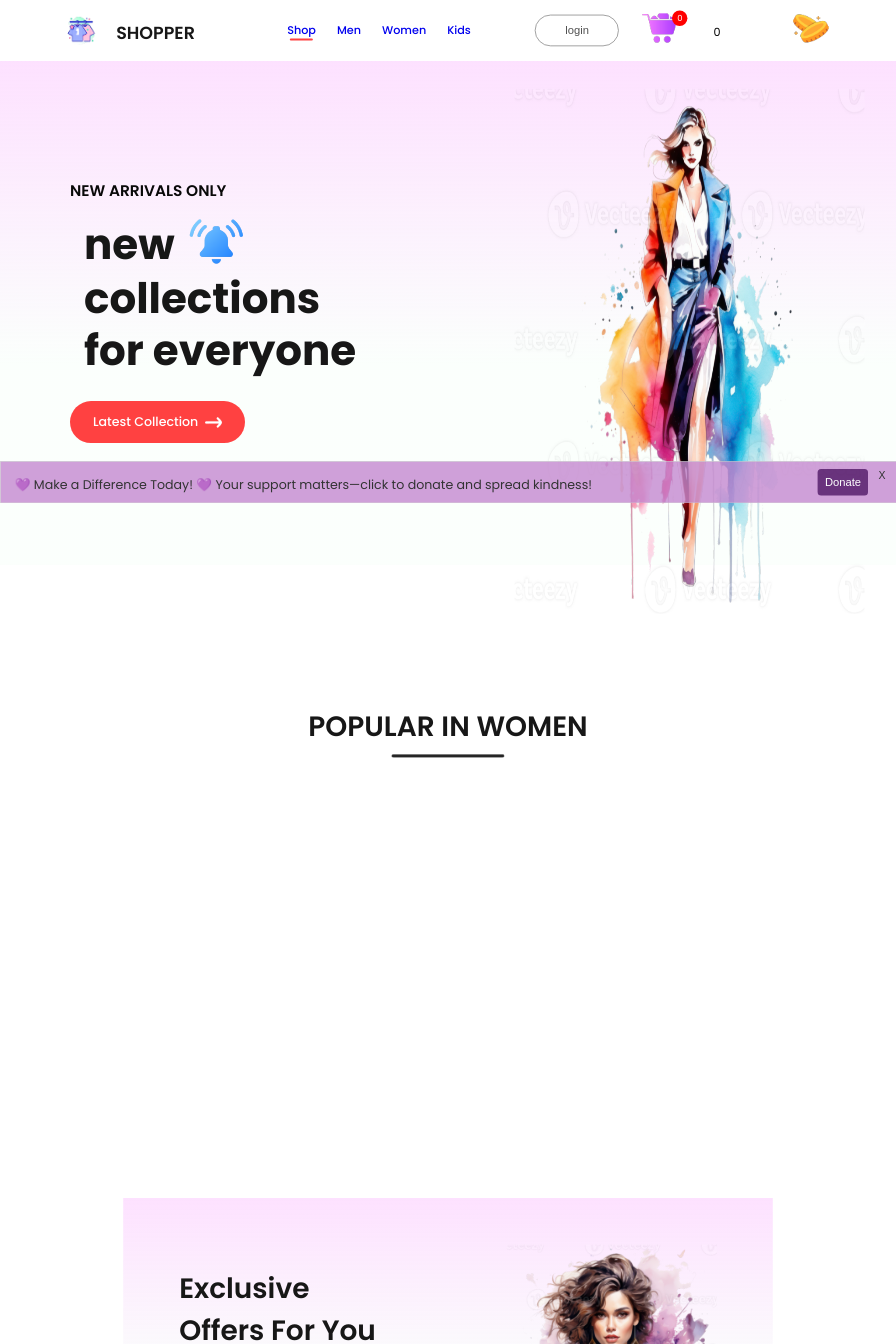
Repository: PayalJakhar/Shoppers-E-commerce-Website
Page: / (app in frontend/)
An editor plug-in stored every save of this project. The page is shown before and after the next save, followed by the edit.
The browser window is 1280 px wide. The pictures show the part of the page from y = 0 to 1920 px (the page is 3692 px tall), at 70% of full size.
The page's requests for data from a server got no answer. The project was rebuilt for these pictures with package versions that can differ from the ones it lists, and the page was loaded fresh each time. No one was signed in, and anything a server would have sent is missing. Also part of the build but not shown: frontend/src/App.css, frontend/src/Components/Item/Item.css, frontend/src/Components/Item/Item.jsx, frontend/src/Pages/Css/ShopCategory.css, frontend/src/Pages/ShopCategory.jsx, frontend/src/Components/Breadcrums/Breadcrum.css, frontend/src/Components/Breadcrums/Breadcrum.jsx, frontend/src/Components/ProductDisplay/ProductDisplay.css and 13 more.

Above is the page before, as saved 2025-02-07 19:32:12.

After the next save:
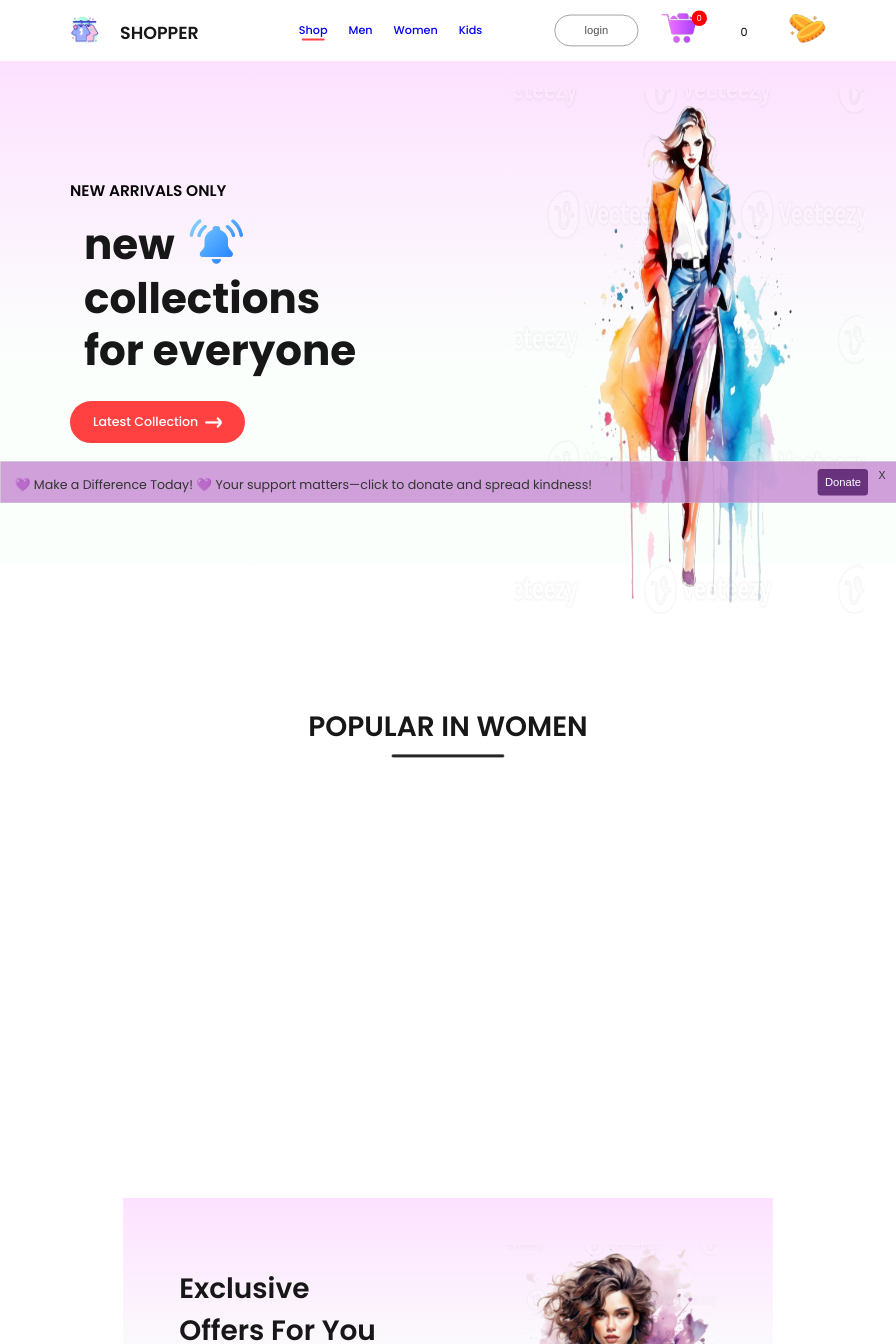
Saved 5 s later.
--- a/frontend/src/Components/Navbar/Navbar.css
+++ b/frontend/src/Components/Navbar/Navbar.css
@@ -88,7 +88,7 @@
     width:22px;
     height:22px;
     margin-left:-55px;
-    margin-left:-55px;
+    margin-right:-55px;
 }
 /* here we are making it responsive for max-width: 1280px */
 
